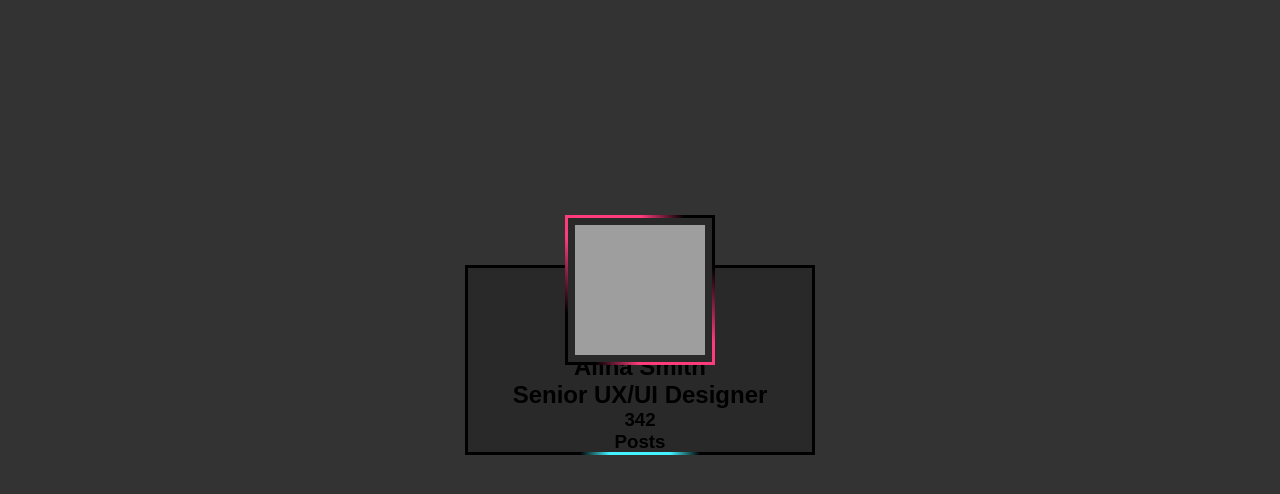
Repository: SeungYn/Javascript-study-toy
Page: profile-card/index.html
An editor plug-in stored every save of this project. The page is shown before and after the next save, followed by the edit.
The browser window is 1280 px wide. The pictures show the whole page.
Pictures or frames that could not be fetched are drawn as grey boxes.

Above is the page before, as saved 2023-01-12 15:54:37.

### profile-card/index.html
<!DOCTYPE html>
<html lang="en">
  <head>
    <meta charset="UTF-8" />
    <meta http-equiv="X-UA-Compatible" content="IE=edge" />
    <meta name="viewport" content="width=device-width, initial-scale=1.0" />
    <title>Document</title>
    <link rel="stylesheet" href="./style.css" />
  </head>
  <body>
    <div class="card">
      <div class="lines"></div>
      <div class="imgBx">
        <img src="수업자료.jpg" />
      </div>
      <div class="content">
        <div class="details">
          <h2>Alina Smith<br /><span>Senior UX/UI Designer</span></h2>
          <div class="data">
            <h3>342<br /><span>Posts</span></h3>
            <h3>120k<br /><span>Followers</span></h3>
            <h3>285<br /><span>Followers</span></h3>
          </div>
          <div class="actionBtn">
            <button>Follow</button>
            <button>Message</button>
          </div>
        </div>
      </div>
    </div>
  </body>
</html>

### profile-card/style.css
@import url('https://fonts.googleapis.com/css?family-Popins:100,200,300,400,500,600,700,800,900');

* {
  margin: 0;
  padding: 0;
  box-sizing: border-box;
  font-family: 'Popins', sans-serif;
}

body {
  display: flex;
  justify-content: center;
  align-items: center;
  min-height: 100vh;
  background: #333;
}

.card {
  position: relative;
  width: 350px;
  height: 190px;
  background: #333;
  transition: 0.5s;
}

.card:hover {
  height: 450px;
}

.card .lines {
  position: absolute;
  inset: 0;
  background: #000;
  overflow: hidden;
}

.card .lines::before {
  content: '';
  position: absolute;
  top: 50%;
  left: 50%;
  transform: translate(-50%, -50%);
  width: 600px;
  height: 120px;
  background: linear-gradient(
    transparent,
    #45f3ff,
    #45f3ff,
    #45f3ff,
    transparent
  );
  animation: animate 4s linear infinite;
}

@keyframes animate {
  0% {
    transform: translate(-50%, -50%) rotate(0deg);
  }

  100% {
    transform: translate(-50%, -50%) rotate(360deg);
  }
}

.card .lines::after {
  content: '';
  position: absolute;
  inset: 3px;
  background-color: #292929;
}

.card .imgBx {
  position: absolute;
  left: 50%;
  top: -50px;
  transform: translateX(-50%);
  width: 150px;
  height: 150px;
  background: #000;
  transition: 0.5s;
  z-index: 10;
  overflow: hidden;
}

.card:hover .imgBx {
  width: 250px;
  height: 250px;
}
.card .imgBx::before {
  content: '';
  position: absolute;
  top: 50%;
  left: 50%;
  width: 500px;
  height: 150px;
  transform: translate(-50%, -50%);
  background: linear-gradient(
    transparent,
    #ff3c7b,
    #ff3c7b,
    #ff3c7b,
    transparent
  );
  animation: animate2 6s linear infinite;
}

@keyframes animate2 {
  0% {
    transform: translate(-50%, -50%) rotate(360deg);
  }

  100% {
    transform: translate(-50%, -50%) rotate(0deg);
  }
}

.card .imgBx::after {
  content: '';
  position: absolute;
  inset: 3px;
  background: #292929;
}

.card .imgBx img {
  position: absolute;
  top: 10px;
  left: 10px;
  z-index: 1;
  width: calc(100% - 20px);
  height: calc(100% - 20px);
  filter: grayscale(1);
}

.card .content {
  position: absolute;
  width: 100%;
  height: 100%;
  display: flex;
  justify-content: center;
  align-items: flex-end;
  overflow: hidden;
}

.card .content .details {
  padding: 40px;
  text-align: center;
  width: 100%;
  transition: 0.5s;
  transform: translateY(145px);
}

After the next save:
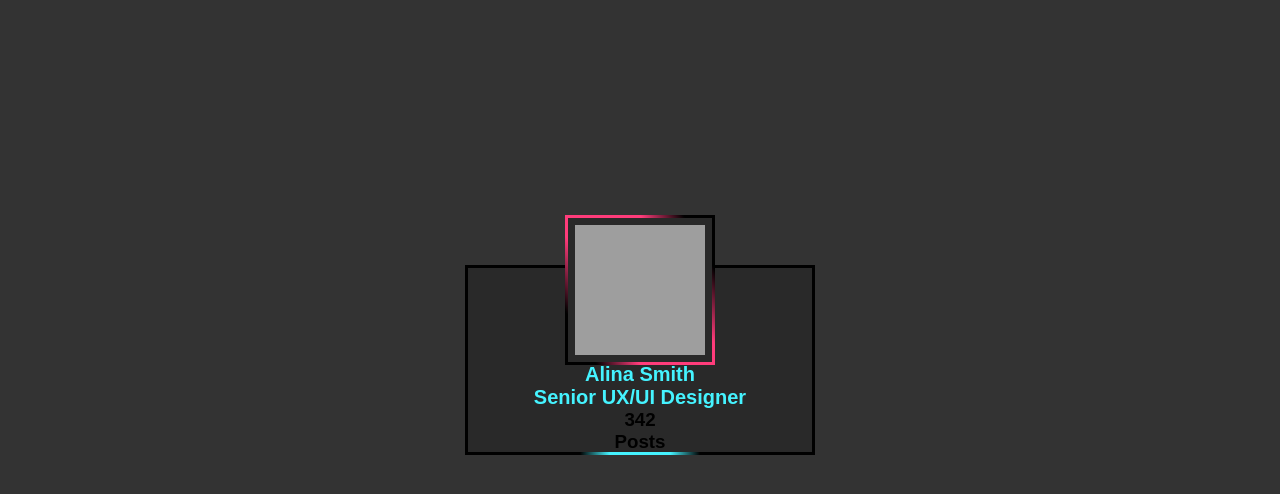
Saved 59 s later.
--- a/profile-card/style.css
+++ b/profile-card/style.css
@@ -148,3 +148,12 @@ body {
   transition: 0.5s;
   transform: translateY(145px);
 }
+
+.card:hover .content .details {
+}
+
+.card .content .details h2 {
+  font-size: 1.25em;
+  font-weight: 600;
+  color: #45f3ff;
+}
